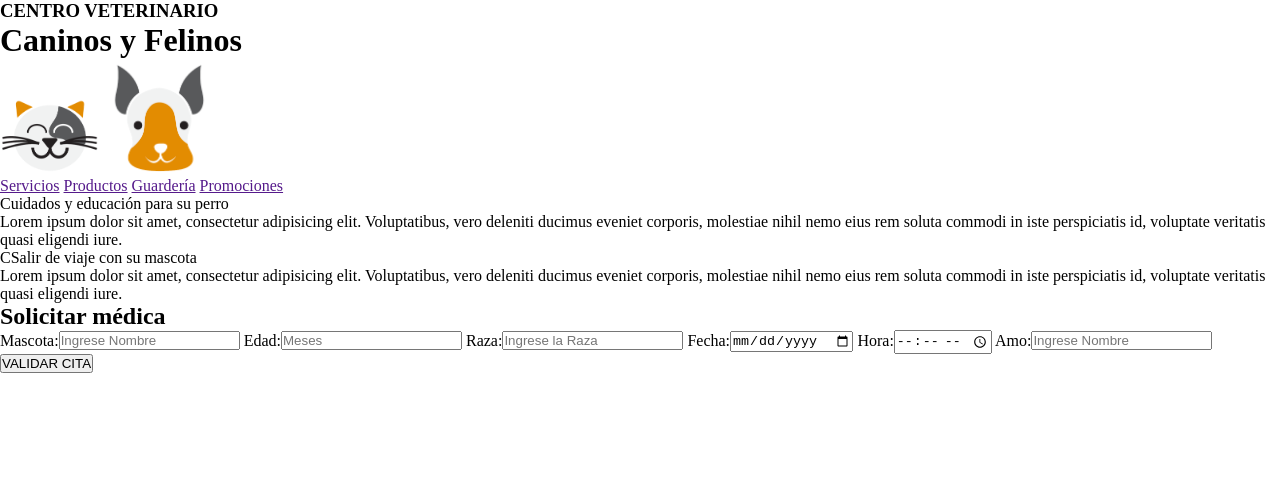
Repository: mariomr87/senaweb01
Page: principal.html
The author's editor kept a copy of each file at every save. The page is drawn from the files as they stood at one save, then again after the next save.
The browser window is 1280 px wide. The pictures show the whole page.

Above is the page before, as saved 2021-09-26 16:17:47.

After the next save:
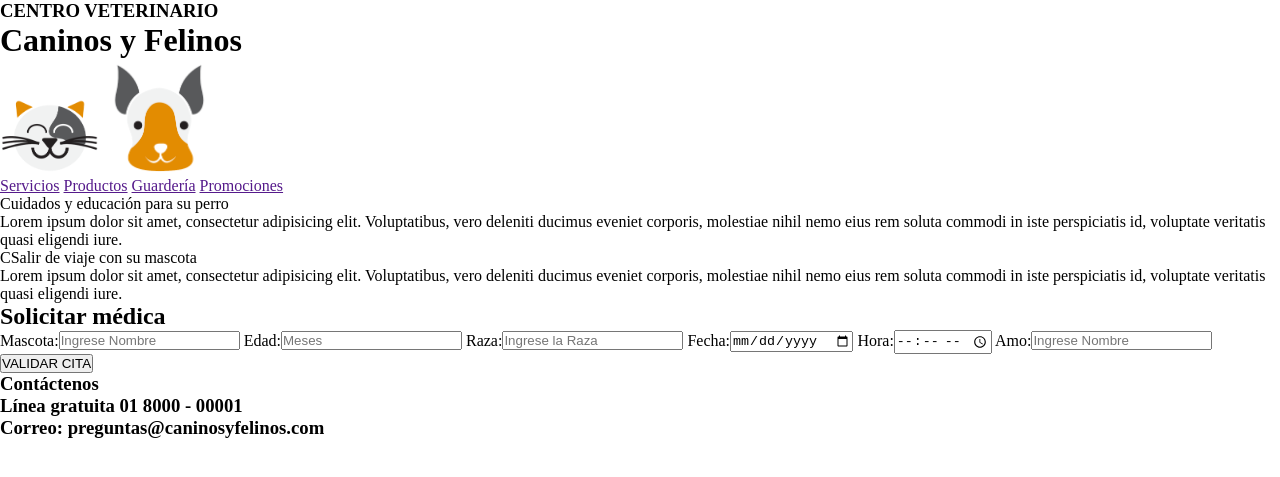
Saved 2 min 12 s later.
--- a/principal.html
+++ b/principal.html
@@ -46,11 +46,13 @@
                     <label for="hora_ingreso_pet">Hora:</label><input type="time" name="" id="">
                     <label for="amo_pet">Amo:</label><input type="text" name="" id="" placeholder="Ingrese Nombre">
                     <button type="submit">VALIDAR CITA</button>
-
                 </div>
             </form>
         </aside>
         <footer>
+            <h3>Contáctenos</h3>
+            <h3>Línea gratuita 01 8000 - 00001</h3>
+            <h3>Correo: preguntas@caninosyfelinos.com</h3>
         </footer>
     </div>
 </body>
